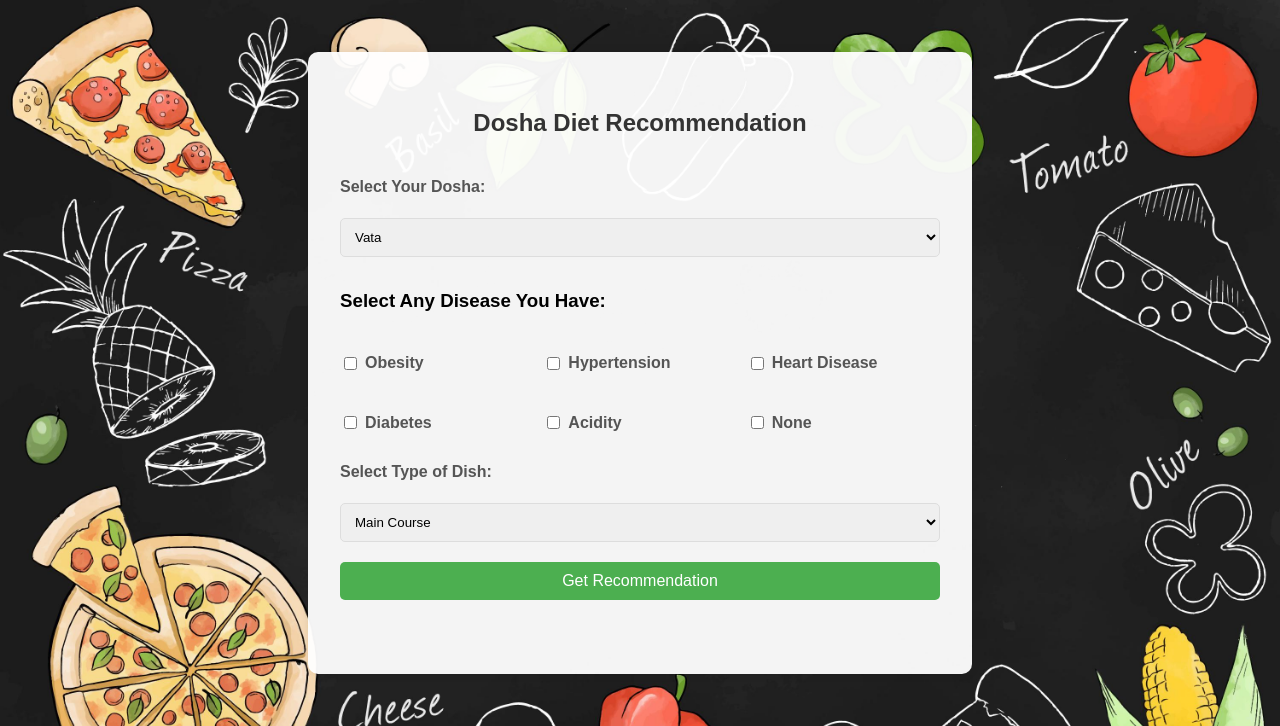
Repository: nehaingale02/Personalised-Diet-Recommendation-System
Page: http://localhost/diet-planner
These files come from the project's save history. The page is drawn as it stood at one moment and after the next save; the edit follows.
The browser window is 1280 px wide. The pictures show the whole page.
Backgrounds fixed to the window are drawn as part of the page. The page is served by the project's application, run on Flask 3 (app.py).

Above is the page before, as saved 2025-04-07 22:20:38.

### templates/Diet Planner.html
<!DOCTYPE html>
<html lang="en">
<head>
    <meta charset="UTF-8">
    <meta name="viewport" content="width=device-width, initial-scale=1.0">
    <title>Dosha Diet Recommendation</title>
    <link rel="stylesheet" href="{{ url_for('static', filename='css/Diet Planner.css') }}">
    <style>
        body {
            background-image: url("{{ url_for('static', filename='assets/ayurveda-background.jpg') }}");
            background-size: cover;
            background-position: center;
            background-attachment: fixed;
        }
        .container {
            background: rgba(255, 255, 255, 0.95);
            padding: 2rem;
            border-radius: 10px;
            margin: 2rem auto;
            max-width: 600px;
        }
    </style>
</head>
<body>
    <div class="container">
        <h2>Dosha Diet Recommendation</h2>

        <label for="dosha">Select Your Dosha:</label>
        <select id="dosha">
            <option value="vata">Vata</option>
            <option value="pitta">Pitta</option>
            <option value="kapha">Kapha</option>
        </select>

        <h3>Select Any Disease You Have:</h3>
        <div class="checkbox-group">
            <label class="checkbox-label">
                <input type="checkbox" name="disease" value="Obesity"> Obesity
            </label>
            <label class="checkbox-label">
                <input type="checkbox" name="disease" value="Hypertension"> Hypertension
            </label>
            <label class="checkbox-label">
                <input type="checkbox" name="disease" value="Heart Disease"> Heart Disease
            </label>
            <label class="checkbox-label">
                <input type="checkbox" name="disease" value="Diabetes"> Diabetes
            </label>
            <label class="checkbox-label">
                <input type="checkbox" name="disease" value="Acidity"> Acidity
            </label>
            <label class="checkbox-label">
                <input type="checkbox" name="disease" value="None"> None
            </label>
        </div>

        <label for="dishType">Select Type of Dish:</label>
        <select id="dishType">
            <option value="Main Course">Main Course</option>
            <option value="Salad">Salad</option>
            <option value="Dessert">Dessert</option>
            <option value="Soup">Soup</option>
            <option value="Curry">Curry</option>
            <option value="Snack">Snack</option>
            <option value="Side Dish">Side Dish</option>
        </select>

        <button onclick="getRecommendation()">Get Recommendation</button>

        <h3 id="result"></h3>
    </div>

    <script src="{{ url_for('static', filename='js/main.js') }}"></script>
</body>
</html>

### app.py
from flask import Flask, render_template, request, jsonify
import pandas as pd
import numpy as np
from sklearn.feature_extraction.text import TfidfVectorizer
from sklearn.metrics.pairwise import cosine_similarity
from sklearn.preprocessing import MinMaxScaler
from scipy.linalg import eig
import seaborn as sns
import matplotlib.pyplot as plt
import os

# Create Flask app with explicit template and static folders
app = Flask(__name__,
            template_folder='templates',
            static_folder='static')

# Load the dataset
try:
    df = pd.read_csv('static/data/final_modified_dataset.csv')
except FileNotFoundError:
    print("Error: Dataset file not found. Please ensure the file exists at static/data/final_modified_dataset.csv")
    df = pd.DataFrame()  # Create empty DataFrame as fallback

# Prepare features for cosine similarity
if not df.empty:
    features = ['Dosha_Numeric', 'Suitable_for_Encoded', 'Type_of_Dish_Encoded']
    X = df[features]

    # Normalize the features
    scaler = MinMaxScaler()
    X_normalized = scaler.fit_transform(X)

    # Define AHP Pairwise Comparison Matrix
    pairwise_matrix = np.array([
        [1, 3, 5, 2, 4, 3],
        [1/3, 1, 3, 1/2, 2, 1],
        [1/5, 1/3, 1, 1/4, 1/2, 1/3],
        [1/2, 2, 4, 1, 3, 2],
        [1/4, 1/2, 2, 1/3, 1, 1/2],
        [1/3, 1, 3, 1/2, 2, 1]
    ])

    # Compute AHP Weights
    eigvals, eigvecs = eig(pairwise_matrix)
    max_index = np.argmax(eigvals.real)
    weights = eigvecs[:, max_index].real
    weights /= weights.sum()

    # Compute AHP Score for each dish
    df['AHP_Score'] = np.dot(df[['CholesterolContent', 'SaturatedFatContent', 'SodiumContent',
                                'CarbohydrateContent', 'SugarContent', 'ProteinContent']], weights)

# Dish recommendation function
def recommend_dishes(dosha, diseases, dish_type, top_n=5):
    if df.empty:
        return pd.DataFrame()

    dosha_map = {'kapha': 3.0, 'vata': 1.0, 'pitta': 2.0}
    disease_map = {'Heart Disease': 1, 'Obesity': 5, 'Diabetes': 6, 'Hypertension': 15, 'Acidity': 11, 'None': 8}
    dish_type_map = {'Main Course': 2, 'Salad': 3, 'Side Dish': 5, 'Soup': 4, 'Dessert': 1, 'Curry': 6, 'Snack': 7}

    try:
        dosha_encoded = dosha_map[dosha.lower()]
        dish_type_encoded = dish_type_map[dish_type]
    except KeyError:
        return pd.DataFrame()

    # Handle 'None' disease case differently
    if "None" in diseases:
        # Only consider dosha and dish type for recommendations
        features_no_disease = ['Dosha_Numeric', 'Type_of_Dish_Encoded']
        X_no_disease = df[features_no_disease]
        scaler_no_disease = MinMaxScaler()
        X_normalized_no_disease = scaler_no_disease.fit_transform(X_no_disease)

        user_vector = scaler_no_disease.transform([[dosha_encoded, dish_type_encoded]])
        cosine_sim = cosine_similarity(user_vector, X_normalized_no_disease)

        df['Similarity'] = cosine_sim[0]
        recommendations = df.sort_values('Similarity', ascending=False).head(top_n)
    else:
        # Handle multiple diseases
        disease_encoded = [disease_map[d] for d in diseases]
        filtered_df = df[df['Suitable_for_Encoded'].isin(disease_encoded)].copy()

        if filtered_df.empty:
            return pd.DataFrame()

        user_vector = scaler.transform([[dosha_encoded, disease_encoded[0], dish_type_encoded]])
        cosine_sim = cosine_similarity(user_vector, scaler.transform(filtered_df[features]))
        filtered_df['Similarity'] = cosine_sim[0]
        recommendations = filtered_df.sort_values('Similarity', ascending=False).head(top_n)

    # Calculate final score combining similarity and AHP score
    recommendations['Final_Score'] = 0.6 * recommendations['Similarity'] + 0.4 * recommendations['AHP_Score']
    recommendations = recommendations.sort_values('Final_Score', ascending=False)

    return recommendations[['Dish Name', 'Recipe Steps', 'Ingredients', 'Calories (per 100g)', 'Similarity', 'AHP_Score', 'Final_Score']]

@app.route('/')
@app.route('/index')
def index():
    return render_template('index.html')

@app.route('/login')
def login():
    return render_template('login.html')

@app.route('/signup')
def signup():
    return render_template('signup.html')

@app.route('/bmi')
def bmi():
    return render_template('BMI.html')

@app.route('/diet-planner')
def diet_planner():
    return render_template('Diet Planner.html')

@app.route('/dosha-quiz')
def dosha_quiz():
    return render_template('Dosha Quiz.html')

@app.route('/recommend', methods=['POST'])
def recommend():
    try:
        data = request.get_json()
        user_dosha = data.get('dosha')
        user_diseases = data.get('diseases', ['None'])
        user_dish_type = data.get('dish_type')

        if not all([user_dosha, user_dish_type]):
            return jsonify({'message': 'Missing required parameters', 'data': []})

        recommendations = recommend_dishes(user_dosha, user_diseases, user_dish_type, top_n=5)

        if recommendations.empty:
            return jsonify({'message': 'No matching dishes found. Please try different inputs.', 'data': []})

        result = []
        for _, row in recommendations.iterrows():
            result.append({
                'name': row['Dish Name'],
                'recipe': row['Recipe Steps'],
                'ingredients': row['Ingredients'],
                'calories': float(row['Calories (per 100g)']),
                'similarity_score': round(row['Similarity'] * 100, 2)  # Only showing similarity score
            })

        return jsonify({'message': 'Success', 'data': result})

    except Exception as e:
        print(f"Error in recommendation: {str(e)}")
        return jsonify({'message': f'Error processing request: {str(e)}', 'data': []}), 500

if __name__ == '__main__':
    app.run(debug=True, port=5000)

### static/css/Diet Planner.css
body {
    font-family: Arial, sans-serif;
    line-height: 1.6;
    margin: 0;
    padding: 20px;
}

.container {
    background: rgba(255, 255, 255, 0.95);
    padding: 2rem;
    border-radius: 10px;
    margin: 2rem auto;
    max-width: 800px;
    box-shadow: 0 0 10px rgba(0, 0, 0, 0.1);
}

h2 {
    color: #333;
    text-align: center;
    margin-bottom: 2rem;
}

label {
    display: block;
    margin: 1rem 0 0.5rem;
    color: #555;
    font-weight: bold;
}

select, button {
    width: 100%;
    padding: 10px;
    margin: 10px 0;
    border: 1px solid #ddd;
    border-radius: 5px;
}

.checkbox-group {
    display: grid;
    grid-template-columns: repeat(auto-fit, minmax(150px, 1fr));
    gap: 10px;
    margin: 15px 0;
}

.checkbox-label {
    display: flex;
    align-items: center;
    gap: 5px;
}

button {
    background-color: #4CAF50;
    color: white;
    border: none;
    cursor: pointer;
    font-size: 16px;
}

button:hover {
    background-color: #45a049;
}

#result {
    margin-top: 2rem;
}

.loading {
    text-align: center;
    padding: 20px;
    font-style: italic;
    color: #666;
}

.recommendations-container {
    margin-top: 20px;
}

.dish-recommendation {
    background: #f9f9f9;
    border: 1px solid #ddd;
    border-radius: 5px;
    padding: 15px;
    margin: 10px 0;
}

.dish-recommendation h5 {
    margin: 0 0 10px 0;
    color: #2196F3;
}

.dish-details {
    font-size: 14px;
}

.dish-details p {
    margin: 5px 0;
}

.dish-details strong {
    color: #333;
}

.error {
    color: #f44336;
    padding: 10px;
    border: 1px solid #f44336;
    border-radius: 5px;
    margin: 10px 0;
}

.no-results {
    color: #ff9800;
    padding: 10px;
    border: 1px solid #ff9800;
    border-radius: 5px;
    margin: 10px 0;
}

Loaded but not shown: static/js/main.js (154 lines, source omitted); static/data/final_modified_dataset.csv (150 lines, source omitted)

After the next save:
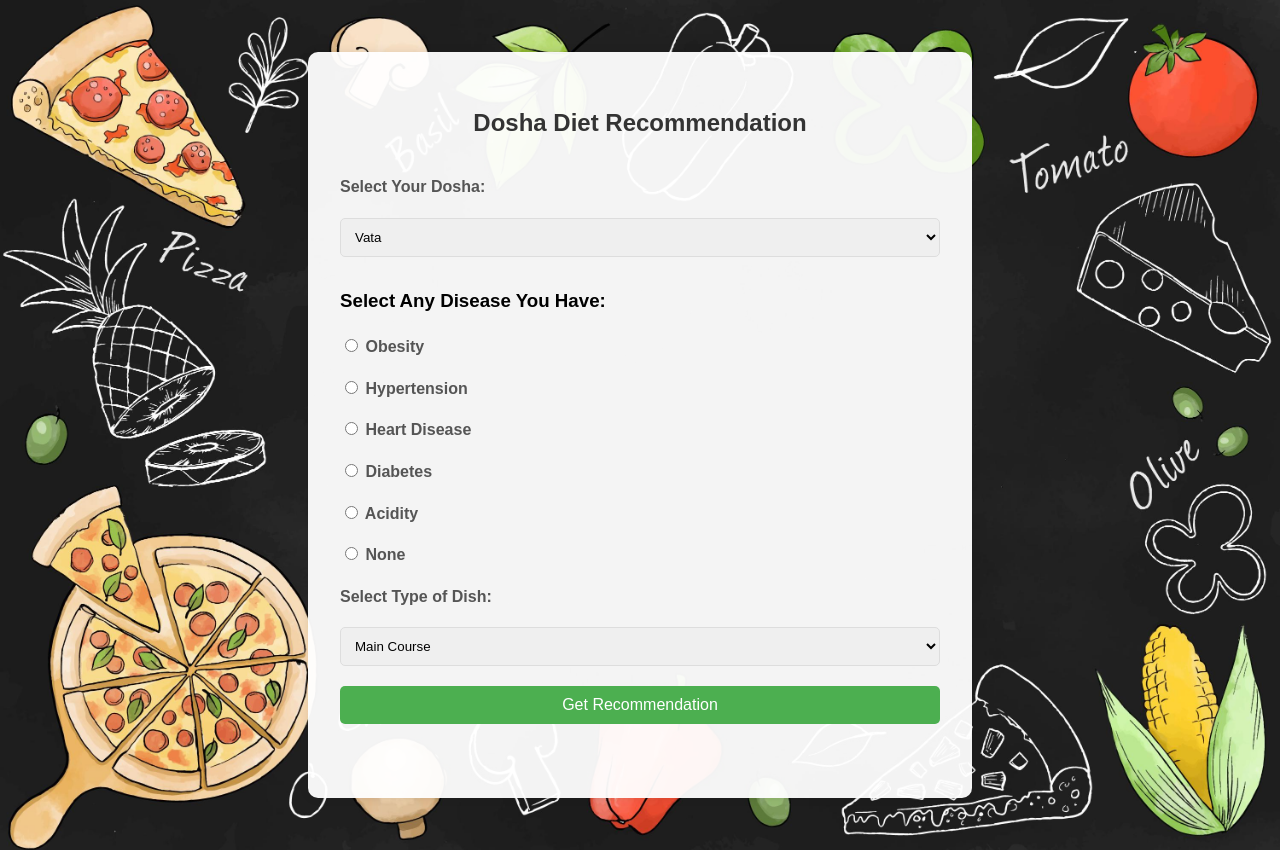
Saved 33 min 6 s later.
--- a/templates/Diet Planner.html
+++ b/templates/Diet Planner.html
@@ -33,7 +33,7 @@
         </select>
 
         <h3>Select Any Disease You Have:</h3>
-        <div class="checkbox-group">
+        <!-- <div class="checkbox-group">
             <label class="checkbox-label">
                 <input type="checkbox" name="disease" value="Obesity"> Obesity
             </label>
@@ -52,7 +52,28 @@
             <label class="checkbox-label">
                 <input type="checkbox" name="disease" value="None"> None
             </label>
+        </div> -->
+        <div class="radio-group">
+            <label class="radio-label">
+                <input type="radio" name="disease" value="Obesity"> Obesity
+            </label>
+            <label class="radio-label">
+                <input type="radio" name="disease" value="Hypertension"> Hypertension
+            </label>
+            <label class="radio-label">
+                <input type="radio" name="disease" value="Heart Disease"> Heart Disease
+            </label>
+            <label class="radio-label">
+                <input type="radio" name="disease" value="Diabetes"> Diabetes
+            </label>
+            <label class="radio-label">
+                <input type="radio" name="disease" value="Acidity"> Acidity
+            </label>
+            <label class="radio-label">
+                <input type="radio" name="disease" value="None"> None
+            </label>
         </div>
+
 
         <label for="dishType">Select Type of Dish:</label>
         <select id="dishType">

After the save that followed:
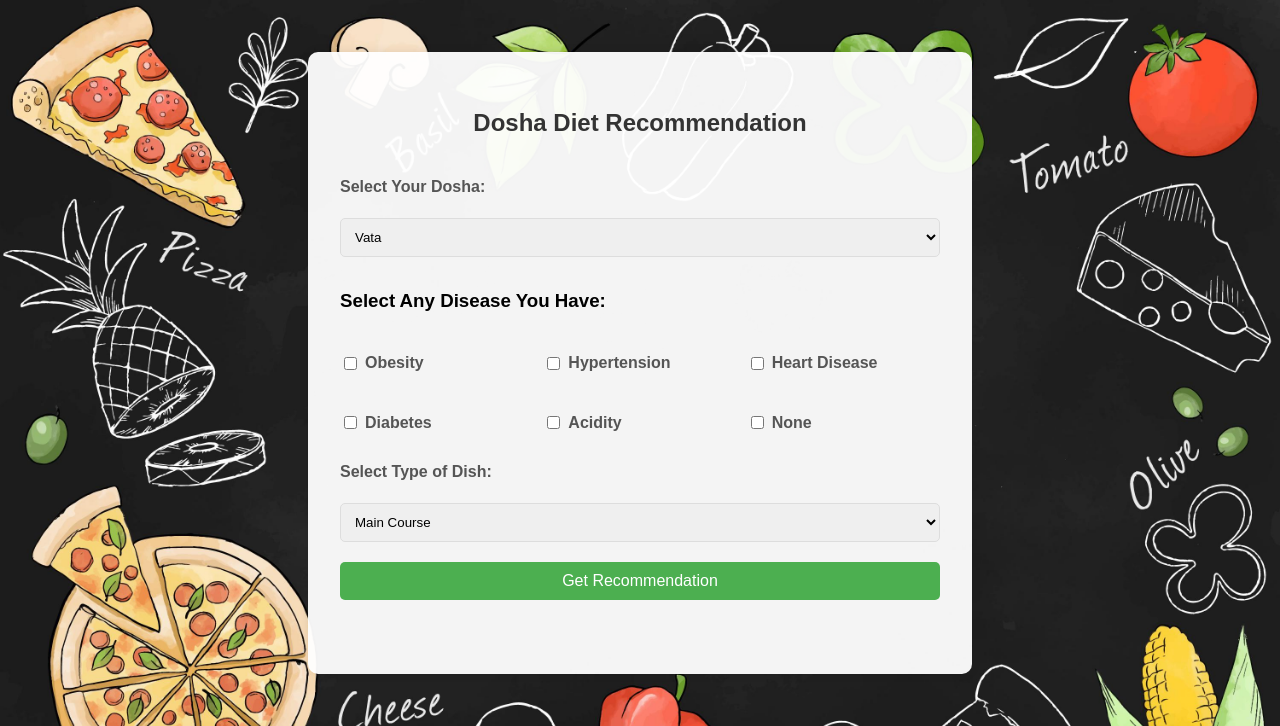
Saved 3 min 0 s later.
--- a/templates/Diet Planner.html
+++ b/templates/Diet Planner.html
@@ -33,7 +33,7 @@
         </select>
 
         <h3>Select Any Disease You Have:</h3>
-        <!-- <div class="checkbox-group">
+        <div class="checkbox-group">
             <label class="checkbox-label">
                 <input type="checkbox" name="disease" value="Obesity"> Obesity
             </label>
@@ -52,28 +52,7 @@
             <label class="checkbox-label">
                 <input type="checkbox" name="disease" value="None"> None
             </label>
-        </div> -->
-        <div class="radio-group">
-            <label class="radio-label">
-                <input type="radio" name="disease" value="Obesity"> Obesity
-            </label>
-            <label class="radio-label">
-                <input type="radio" name="disease" value="Hypertension"> Hypertension
-            </label>
-            <label class="radio-label">
-                <input type="radio" name="disease" value="Heart Disease"> Heart Disease
-            </label>
-            <label class="radio-label">
-                <input type="radio" name="disease" value="Diabetes"> Diabetes
-            </label>
-            <label class="radio-label">
-                <input type="radio" name="disease" value="Acidity"> Acidity
-            </label>
-            <label class="radio-label">
-                <input type="radio" name="disease" value="None"> None
-            </label>
         </div>
-
 
         <label for="dishType">Select Type of Dish:</label>
         <select id="dishType">
